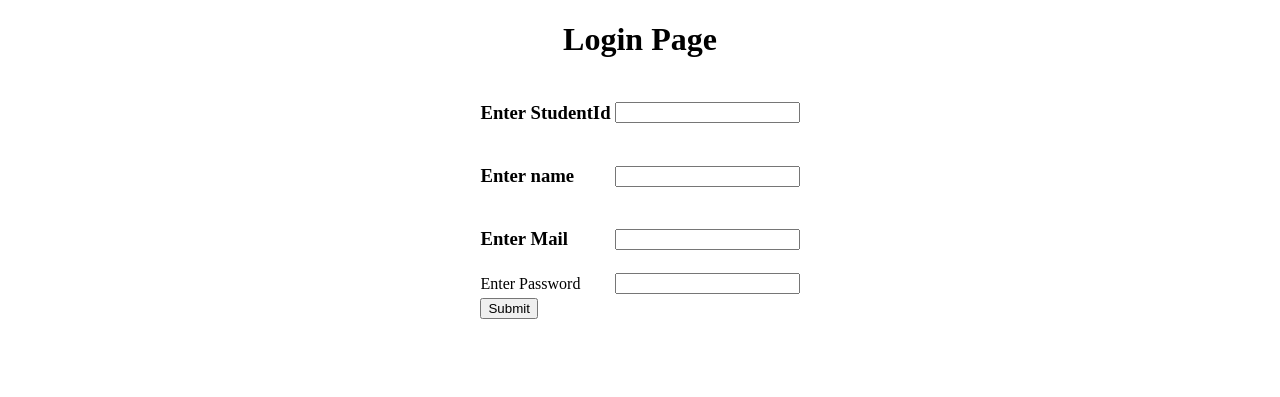
Repository: MaheshAwaji/JavaProjects
Page: servelet1/src/main/webapp/hello.html
An editor plug-in stored every save of this project. The page is shown before and after the next save, followed by the edit.
The browser window is 1280 px wide. The pictures show the whole page.

Above is the page before, as saved 2024-07-02 07:42:00.

After the next save:
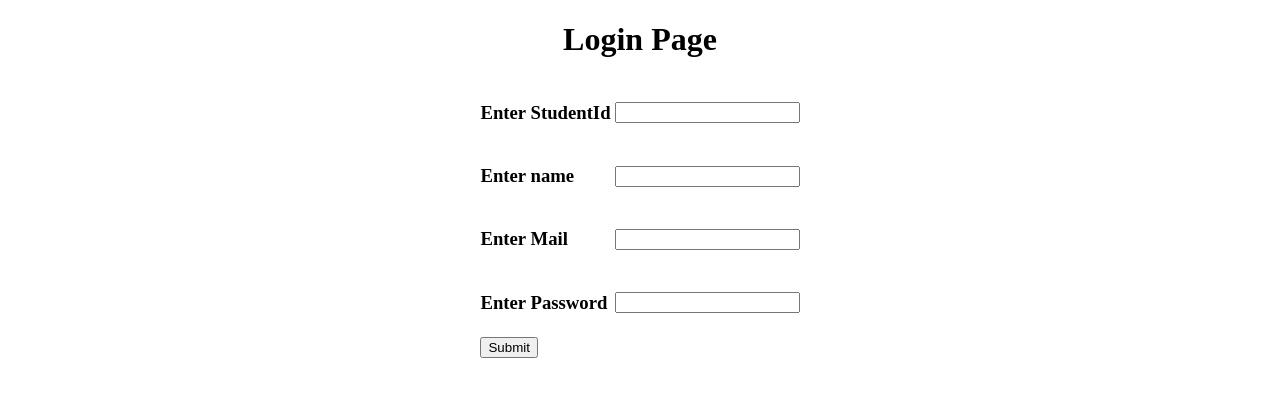
Saved 49 s later.
--- a/servelet1/src/main/webapp/hello.html
+++ b/servelet1/src/main/webapp/hello.html
@@ -22,7 +22,7 @@
 			<td><input type="text" name="mail"> </td>
 			</tr>
 			<tr>
-			<td><label>Enter Password</label> </td>
+			<td><label><h3>Enter Password</h3></label> </td>
 			<td><input type="password" name="password"> </td>
 			</tr>
 			<tr>
